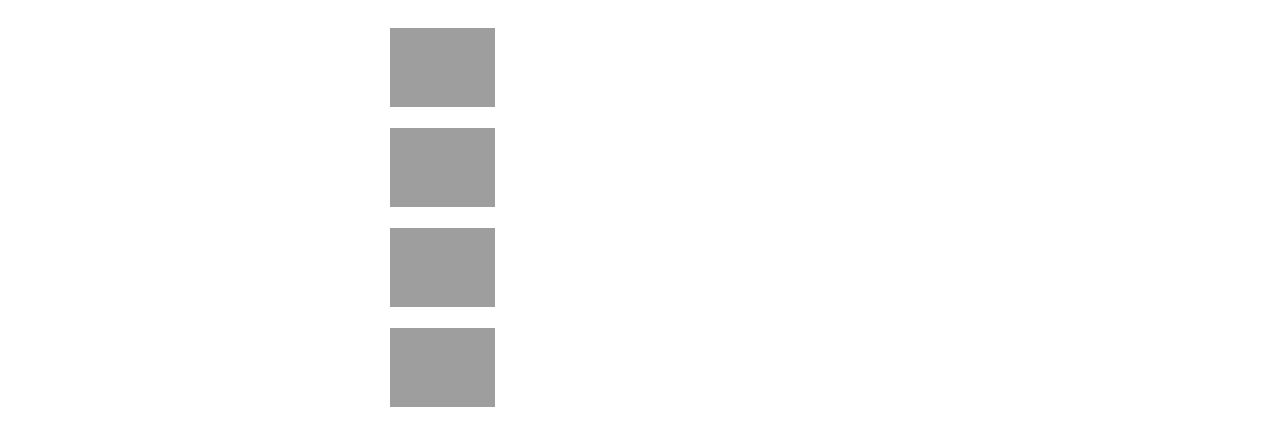
Repository: heweiwei1/portainer
Page: index.html
These files come from the project's save history. The page is drawn as it stood at one moment and after the next save; the edit follows.
The browser window is 1280 px wide. The pictures show the whole page.
Pictures or frames that could not be fetched are drawn as grey boxes.

Above is the page before, as saved 2021-04-12 14:55:42.

### index.html
<!DOCTYPE html>
<html lang="en">
<head>
  <meta charset="UTF-8">
  <meta http-equiv="X-UA-Compatible" content="IE=edge">
  <meta name="viewport" content="width=device-width, initial-scale=1.0">
  <title>网页</title>
  <link rel="stylesheet" href="index.css">
</head>
<body>
  <div class="demo">
    <div class="demo1">
      <!-- <p>npm.ainanjing.org.cn</p>
      <p>图灵院前端私有 npm 仓库</p> -->
    </div>
    <div class="demo1">
      <!-- <p>npm.ainanjing.org.cn</p>
      <p>图灵院前端私有 npm 仓库</p> -->
    </div>
    <div class="demo1">
      <!-- <p>npm.ainanjing.org.cn</p>
      <p>图灵院前端私有 npm 仓库</p> -->
    </div>
    <div class="demo1">
      <!-- <p>npm.ainanjing.org.cn</p>
      <p>图灵院前端私有 npm 仓库</p> -->
    </div>
  </div>
</body>
</html>

### index.css
.demo {
  width: 500px;
  padding-top: 20px;
  text-align: center;
  margin: auto;
  display: flex;
  flex-flow: column wrap;
}
.demo1 {
  display: inline-block;
  background: url('images/npm.png') no-repeat;
  background-size: 100%;
  width: calc(100%/4 - 20px);
  margin-bottom: 10px;
  height: 90px;
}

After the next save:
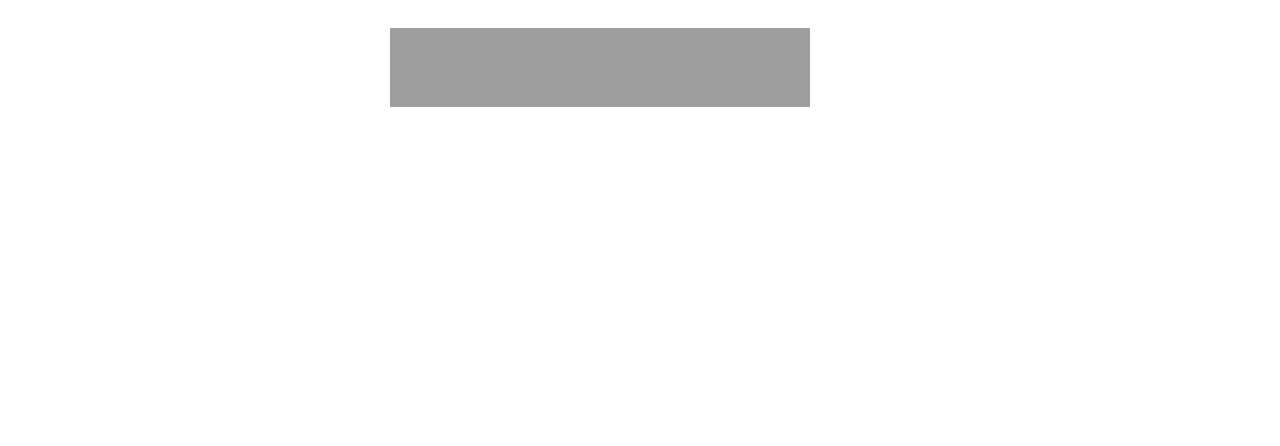
Saved 22 s later.
--- a/index.css
+++ b/index.css
@@ -4,7 +4,7 @@
   text-align: center;
   margin: auto;
   display: flex;
-  flex-flow: column wrap;
+  /* flex-flow: column wrap; */
 }
 .demo1 {
   display: inline-block;

After the save that followed:
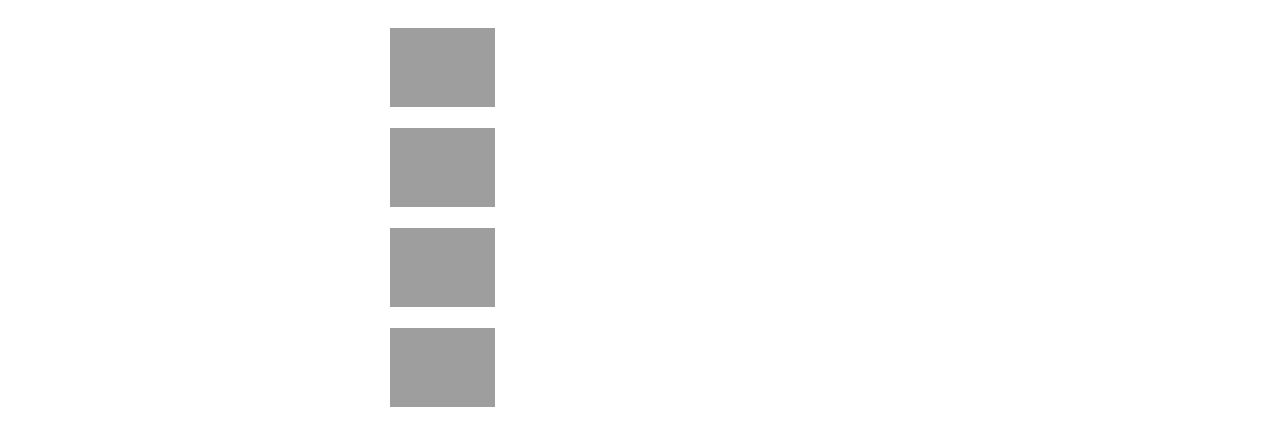
Saved 46 s later.
--- a/index.css
+++ b/index.css
@@ -4,7 +4,7 @@
   text-align: center;
   margin: auto;
   display: flex;
-  /* flex-flow: column wrap; */
+  flex-flow: column wrap;
 }
 .demo1 {
   display: inline-block;
